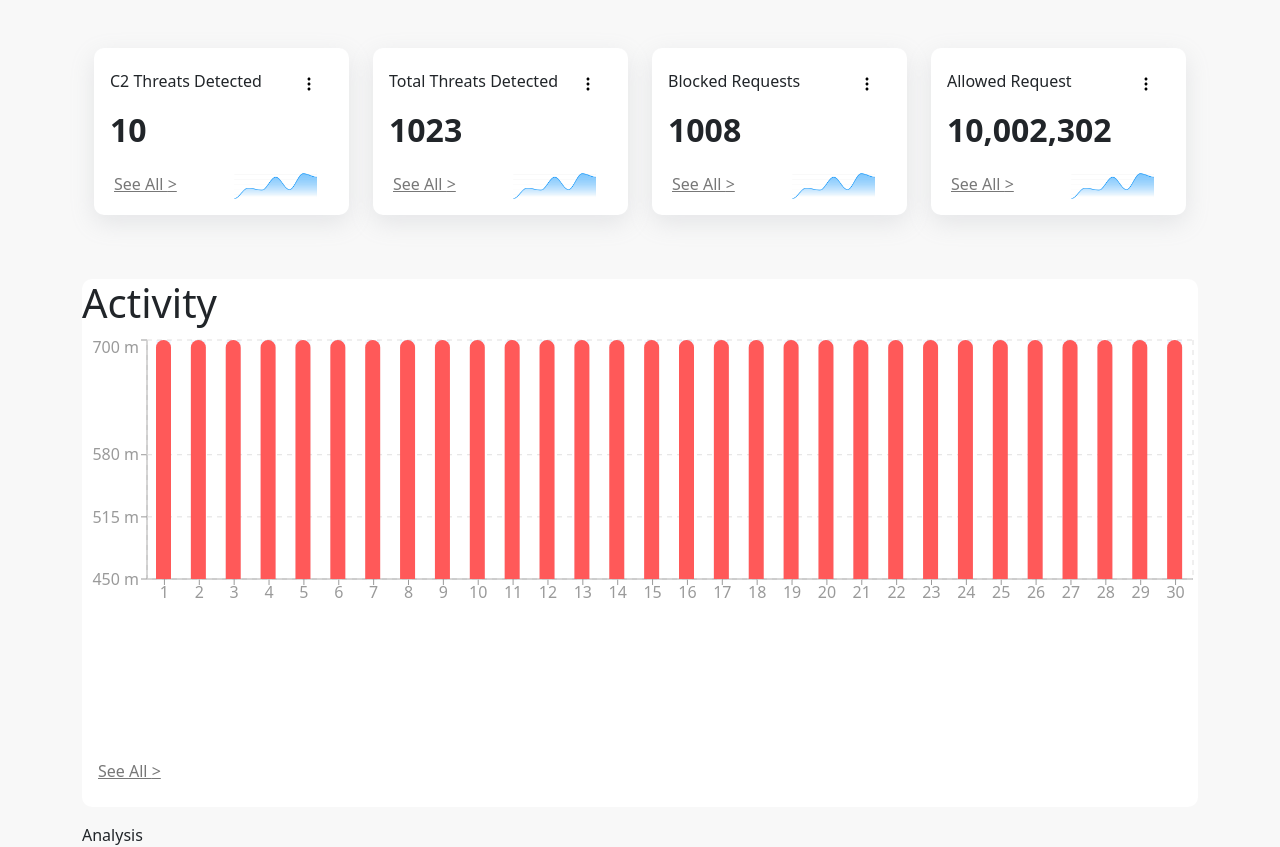
Repository: badhon252/dashboard
Page: /
These files come from the project's save history. The page is drawn as it stood at one moment and after the next save; the edit follows.
The browser window is 1280 px wide. The pictures show the whole page.
The project was rebuilt for these pictures with package versions that can differ from the ones it lists, and the page was loaded fresh each time. Also part of the build but not shown: vite.config.js.

Above is the page before, as saved 2023-01-27 03:04:51.

After the next save:
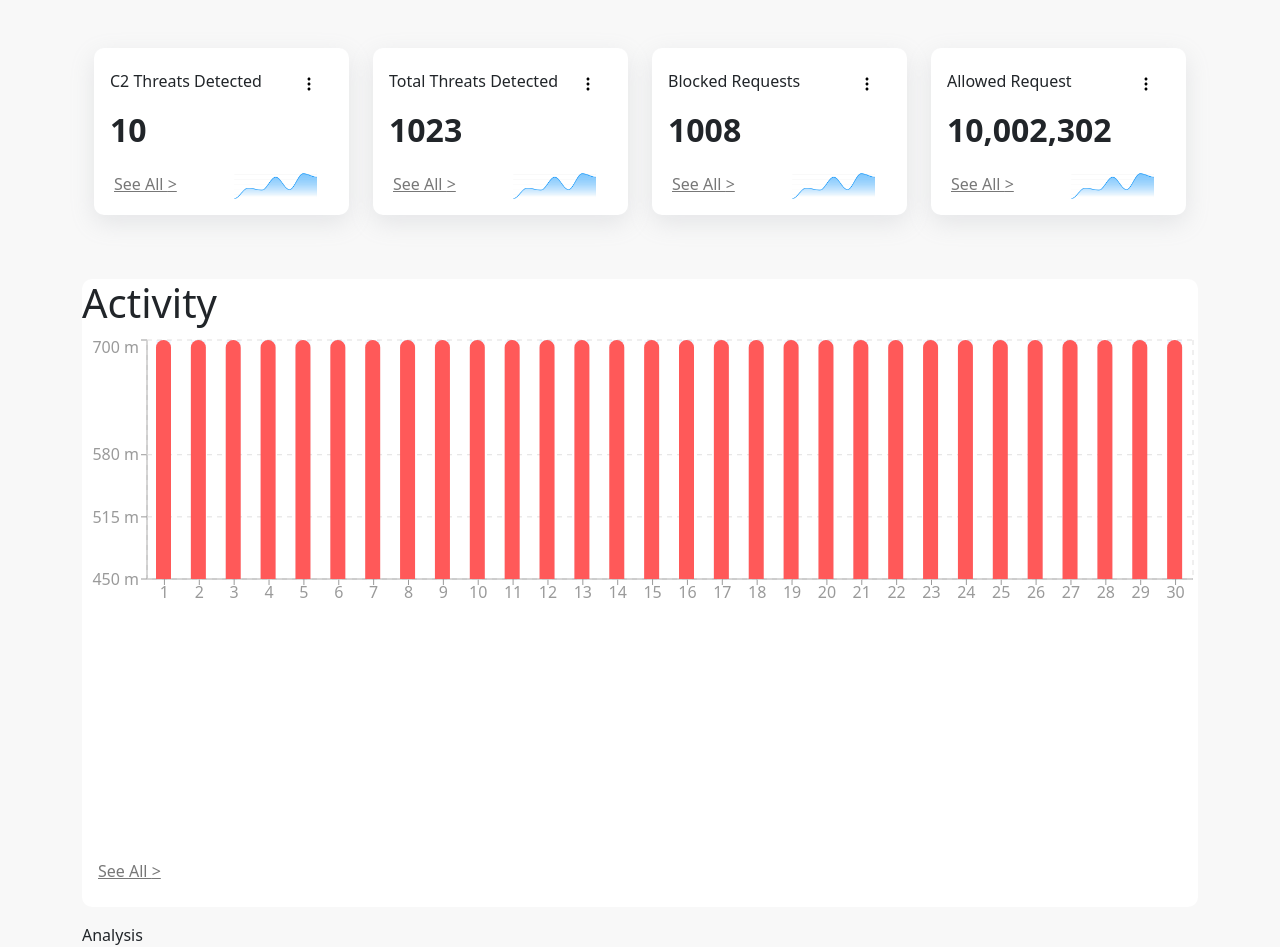
Saved 15 s later.
--- a/src/Components/Activity/ActivityGraph.jsx
+++ b/src/Components/Activity/ActivityGraph.jsx
@@ -13,7 +13,7 @@ import "./Activity.css";
 const ActivityGraph = ({ CustomTooltip }) => {
   return (
     <div>
-      <ResponsiveContainer width="100%" height={400} aspect="4">
+      <ResponsiveContainer width="100%" height={500} aspect="4">
         <BarChart data={Data()} outerRadius={10}>
           <XAxis dataKey="id" stroke="#9a9a9a" interval={"preserveStartEnd"} />
           <YAxis
